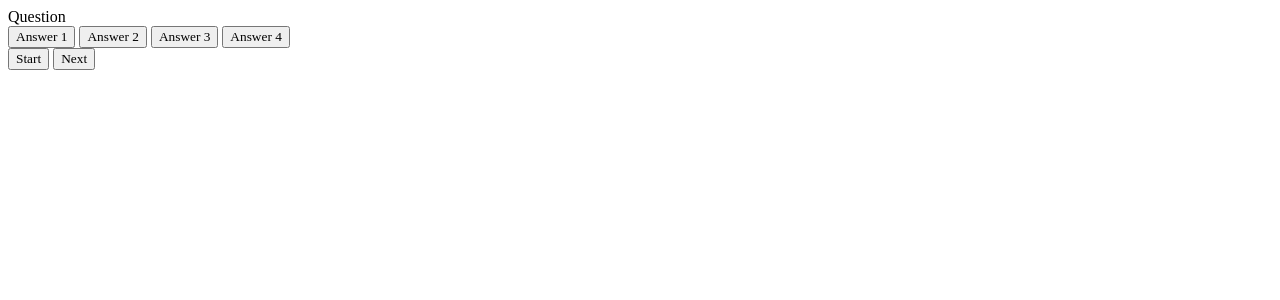
Repository: DaNiels89/quiz-js
Page: index.html
The author's editor kept a copy of each file at every save. The page is drawn from the files as they stood at one save, then again after the next save.
The browser window is 1280 px wide. The pictures show the whole page.

Above is the page before, as saved 2020-06-22 09:39:10.

### index.html
<!DOCTYPE html>
<html lang="en">

<head>
    <meta charset="UTF-8">
    <meta name="viewport" content="width=device-width, initial-scale=1.0">
    <link rel="stylesheet" href="css/styles.css">
    <script defer scr="script.js"></script>
    <title>Quiz</title>
</head>

<body>
    <div class="container">
        <div id="question-container" class="hide">
            <div class="question">Question</div>
            <div id="answer-buttons" class="btn-grid">
                <button class="btn">Answer 1</button>
                <button class="btn">Answer 2</button>
                <button class="btn">Answer 3</button>
                <button class="btn">Answer 4</button>
            </div>
        </div>
        <div class="controls">
            <button id="start-btn" class="start-btn btn">Start</button>
            <button id="next-btn" class="next-btn btn">Next</button>
        </div>
    </div>
</body>

</html>

### css/styles.css
*, *::before, *::after {
    box-sizing: border-box;
    font-family: Gotham Rounded;
}

After the next save:
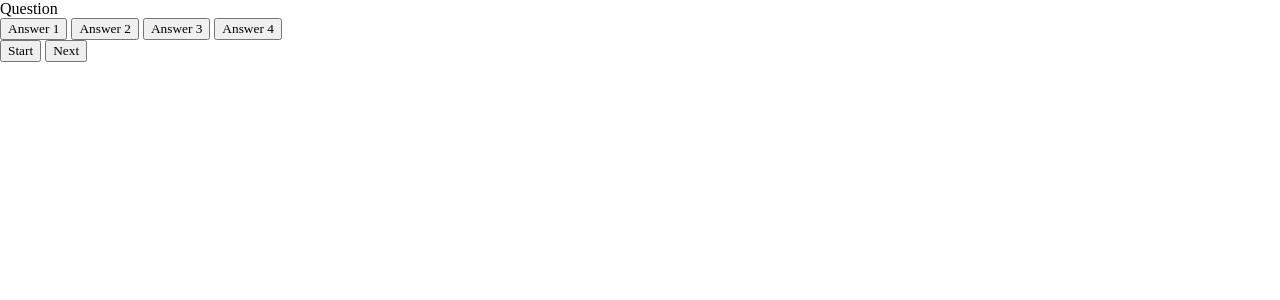
Saved 44 s later.
--- a/css/styles.css
+++ b/css/styles.css
@@ -2,3 +2,9 @@
     box-sizing: border-box;
     font-family: Gotham Rounded;
 }
+
+body {
+    padding: 0;
+    margin: 0;
+    display: flex;
+}
